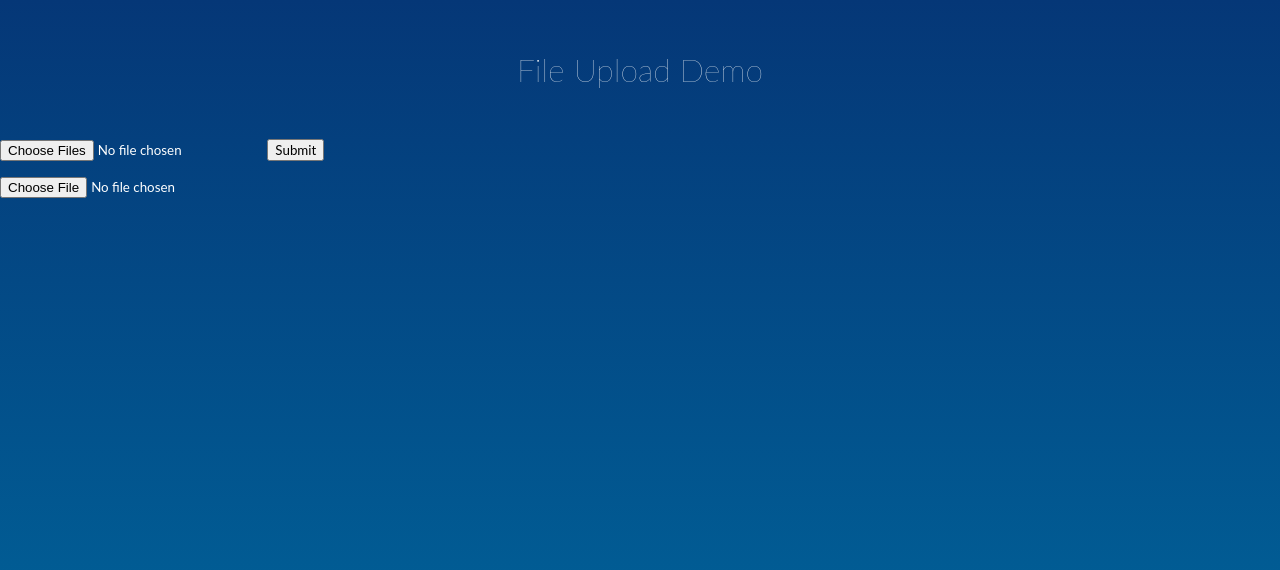
Repository: rakeshgowdan/Servlets-Jsp
Page: http://localhost/FileUploadDemo/
An editor plug-in stored every save of this project. The page is shown before and after the next save, followed by the edit.
The browser window is 1280 px wide. The pictures show the whole page.
The page is served by Tomcat 9. Other server files are loaded and not shown.

Above is the page before, as saved 2019-02-04 15:53:53.

### FileUploadDemo/src/main/webapp/index.jsp
<html>
<body>
<head>
<h1>File Upload Demo</h1>
<style>
/* ===================== BASIC STYLING ===================== */
* {
	box-sizing: border-box;
	font-family: 'Lato', sans-serif;
}

html, body {
	margin: 0;
	padding: 0;
	font-weight: 300;
	height: 100%;
	background: #053777;
	color: #fff;
	font-size: 16px;
	overflow: hidden;
	background: -moz-linear-gradient(top, #053777 0%, #00659b 100%);
	/* FF3.6+ */
	background: -webkit-gradient(linear, left top, left bottom, color-stop(0%, #053777),
		color-stop(100%, #00659b));
	/* Chrome,Safari4+ */
	background: -webkit-linear-gradient(top, #053777 0%, #00659b 100%);
	/* Chrome10+,Safari5.1+ */
	background: -o-linear-gradient(top, #053777 0%, #00659b 100%);
	/* Opera 11.10+ */
	background: -ms-linear-gradient(top, #053777 0%, #00659b 100%);
	/* IE10+ */
	background: linear-gradient(to bottom, #053777 0%, #00659b 100%);
	/* W3C */
}

h1 {
	text-align: center;
	margin: 50px auto;
	font-weight: 100;
}
}
}
</style>
</head>
<div class="container">
<form action="Upload" method="post" enctype="multipart/form-data">

	<input type="file" name="file" multiple /> <input type="submit">
  </form>
</div>
  <form class="form">
    <div class="file-upload-wrapper" data-text="Select your file!">
      <input name="file-upload-field" type="file" class="file-upload-field" value="">
    </div>


</form>
</body>
</html>

After the next save:
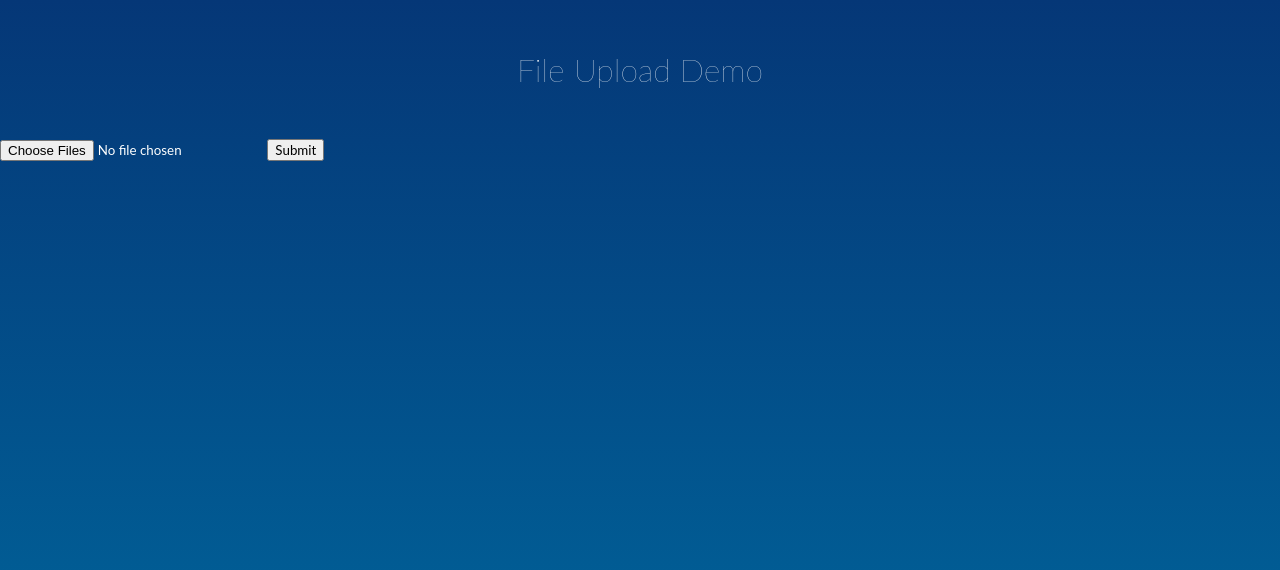
Saved 13 s later.
--- a/FileUploadDemo/src/main/webapp/index.jsp
+++ b/FileUploadDemo/src/main/webapp/index.jsp
@@ -48,10 +48,7 @@ h1 {
 	<input type="file" name="file" multiple /> <input type="submit">
   </form>
 </div>
-  <form class="form">
-    <div class="file-upload-wrapper" data-text="Select your file!">
-      <input name="file-upload-field" type="file" class="file-upload-field" value="">
-    </div>
+
 
 
 </form>
